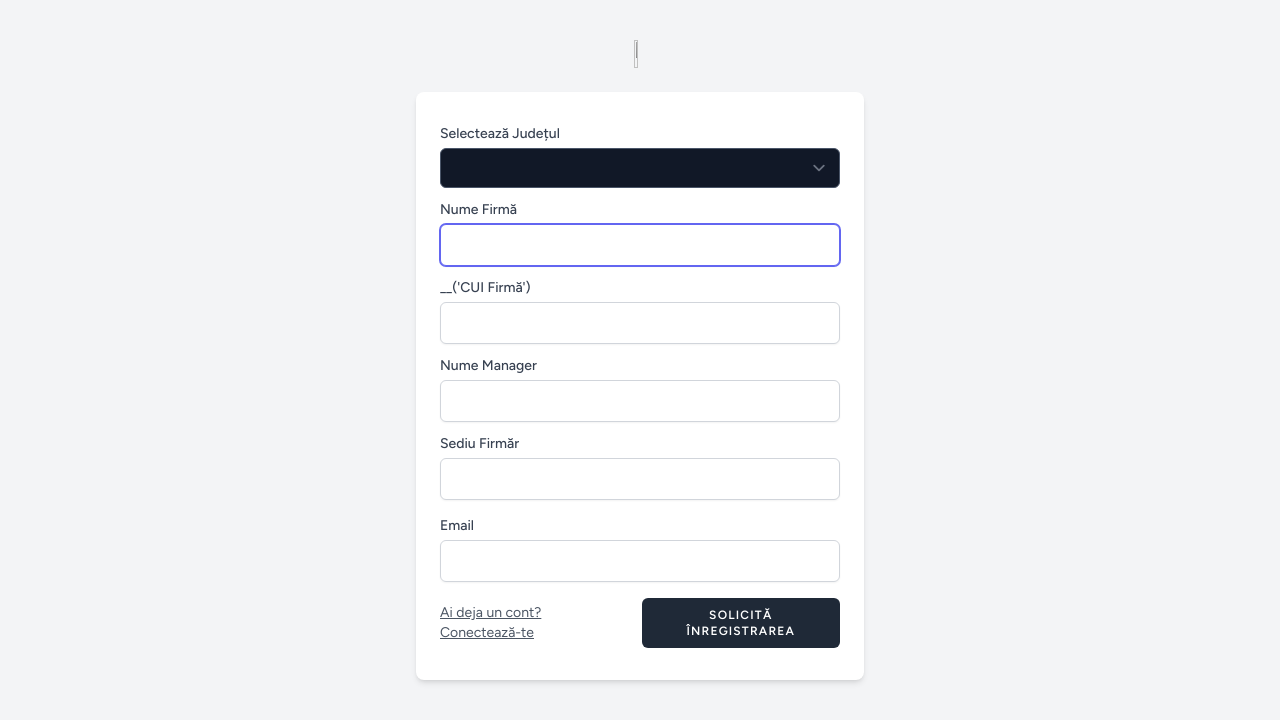
Repository: cosmin05072018/fantastic-events-manager
Page: http://localhost/register
These files come from the project's save history. The page is drawn as it stood at one moment and after the next save; the edit follows.
The browser window is 1280 px wide. The pictures show the whole page.
The page is served by the project's Laravel application, run on PHP 8.4 with Laravel 10. Style sheets and scripts are compiled from the project's sources, by tool versions that may differ from the author's.

Above is the page before, as saved 2024-11-03 18:36:37.

After the next save:
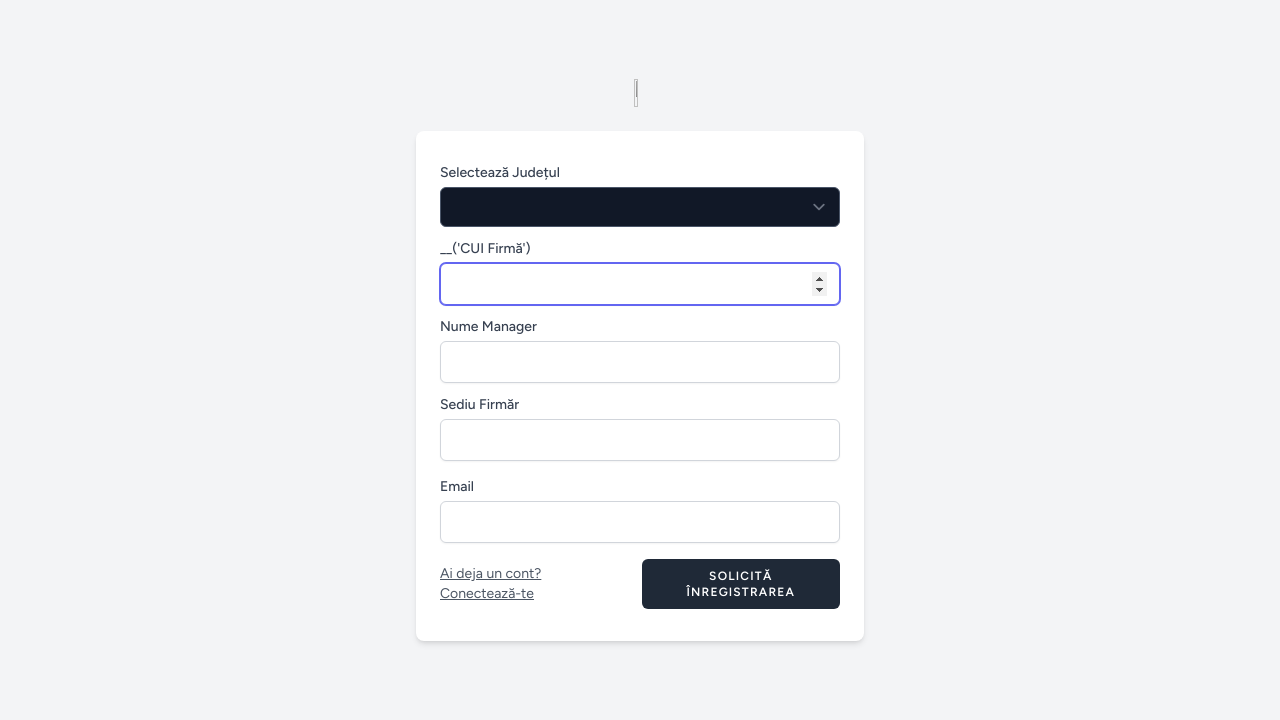
Saved 14 s later.
--- a/resources/views/auth/register.blade.php
+++ b/resources/views/auth/register.blade.php
@@ -101,12 +101,7 @@
         </div>
 
         <!-- Nume Firmă -->
-        <div>
-            <x-input-label for="name" class="mt-3" :value="__('Nume Firmă')" />
-            <x-text-input id="name" class="block mt-1 w-full" type="text" name="name" :value="old('name')"
-                required autofocus autocomplete="name" />
-            <x-input-error :messages="$errors->get('name')" class="mt-2" />
-        </div>
+
 
         <!-- CUI Firmă -->
         <div>

After the save that followed:
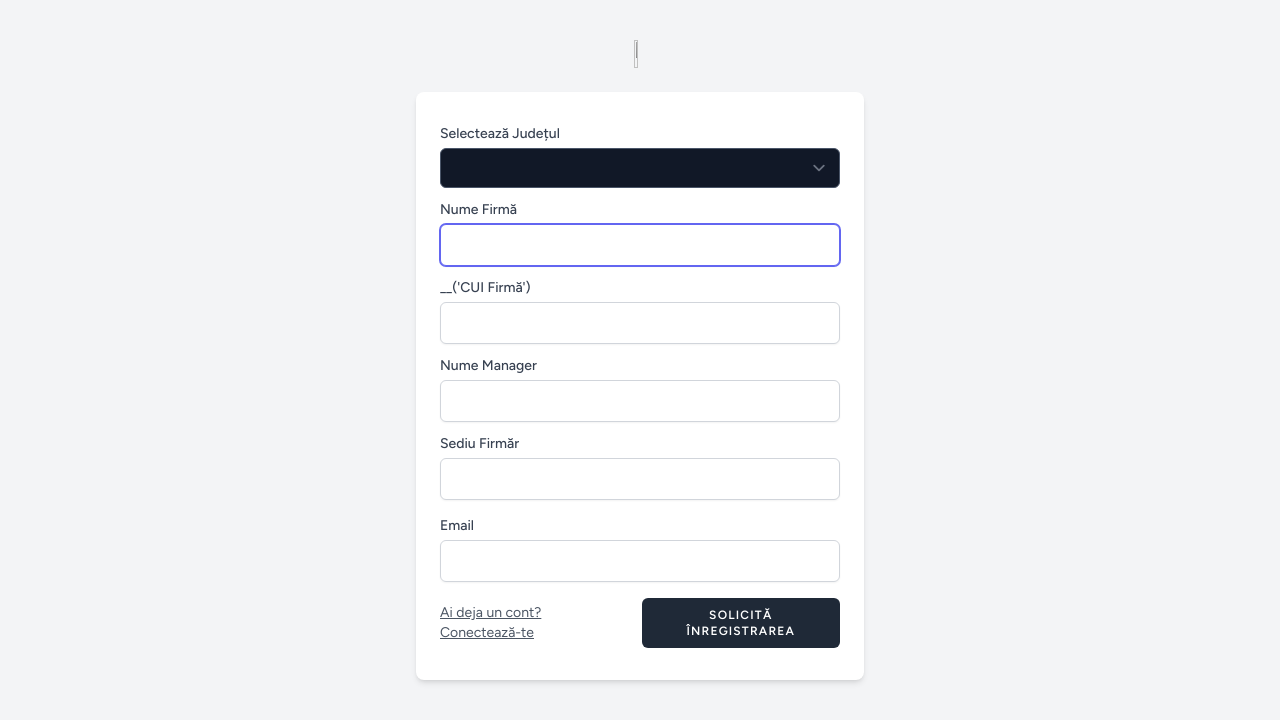
Saved 16 s later.
--- a/resources/views/auth/register.blade.php
+++ b/resources/views/auth/register.blade.php
@@ -101,7 +101,12 @@
         </div>
 
         <!-- Nume Firmă -->
-
+        <div>
+            <x-input-label for="name" class="mt-3" :value="__('Nume Firmă')" />
+            <x-text-input id="name" class="block mt-1 w-full" type="text" name="name" :value="old('name')"
+                required autofocus autocomplete="name" />
+            <x-input-error :messages="$errors->get('name')" class="mt-2" />
+        </div>
 
         <!-- CUI Firmă -->
         <div>
